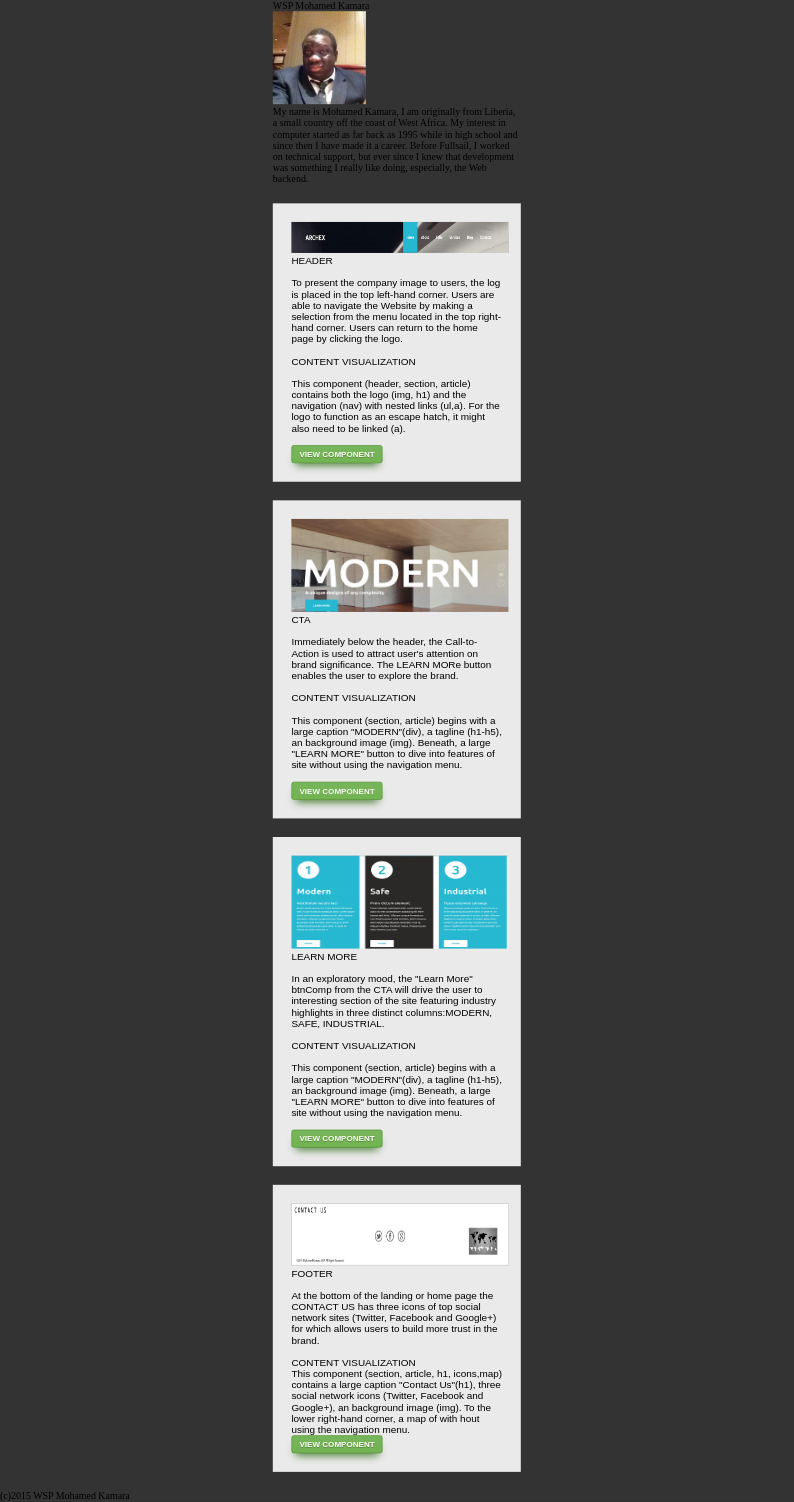
Repository: makamara/WSP_Project
Page: wsp/index.html
An editor plug-in stored every save of this project. The page is shown before and after the next save, followed by the edit.
The browser window is 1280 px wide. The pictures show the whole page, at 62% of full size.

Above is the page before, as saved 2015-09-15 18:29:04.

After the next save:
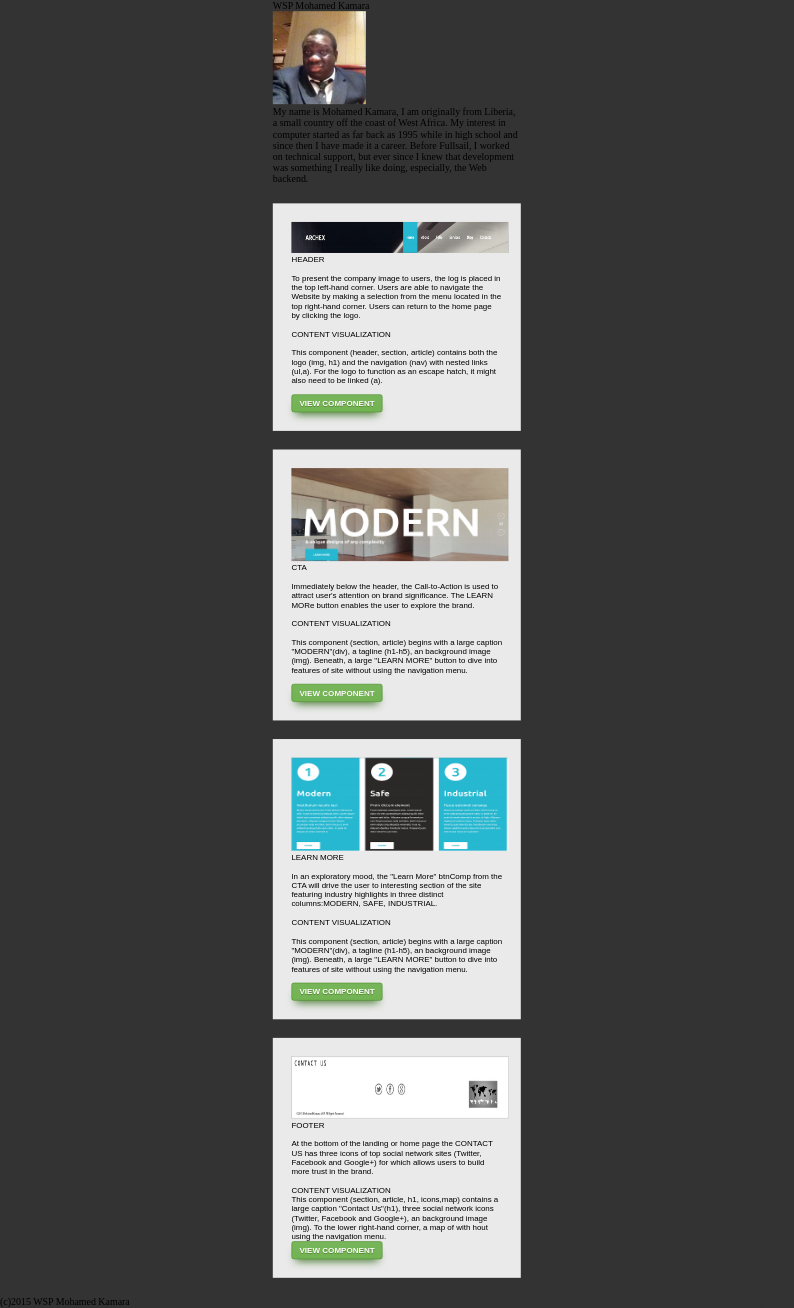
Saved 4 s later.
--- a/wsp/css/main.css
+++ b/wsp/css/main.css
@@ -21,7 +21,7 @@ article {
     padding: 30px;
     margin: 30px 0;
     font-family:Arial, Helvetica, sans-serif;
-    font-size:0.8em:
+    font-size:0.8em;
 }
 
 /* View Component button ============================== */
